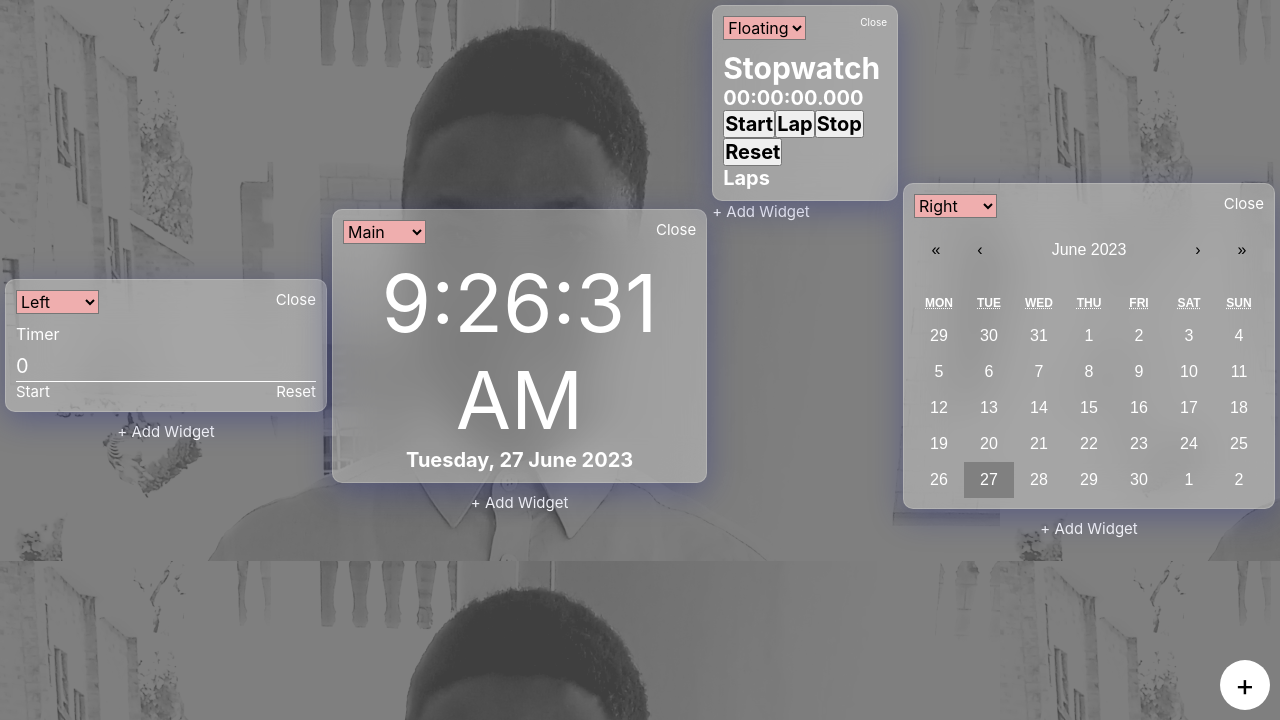
Repository: Angera-Silas/Planner-app
Page: /
The author's editor kept a copy of each file at every save. The page is drawn from the files as they stood at one save, then again after the next save.
The browser window is 1280 px wide. The pictures show the whole page.
The project was rebuilt for these pictures with package versions that can differ from the ones it lists, and the page was loaded fresh each time. Also part of the build but not shown: src/widgets/ReminderListWidget.js, src/modals/WidgetGalleryModal.js.

Above is the page before, as saved 2023-06-27 18:12:08.

### src/index.css
body {
  margin: 0;
  font-family: -apple-system, BlinkMacSystemFont, 'Segoe UI', 'Roboto', 'Oxygen',
    'Ubuntu', 'Cantarell', 'Fira Sans', 'Droid Sans', 'Helvetica Neue',
    sans-serif;
  -webkit-font-smoothing: antialiased;
  -moz-osx-font-smoothing: grayscale;
}

code {
  font-family: source-code-pro, Menlo, Monaco, Consolas, 'Courier New',
    monospace;
}
*,
*::before,
*::after {
 box-sizing: border-box;
}

img,
svg,
video,
canvas,
audio,
iframe,
embed,
object {
 display: block;
 max-width: 100%;
}

input,
button,
textarea,
select {
 font: inherit;
 color: black;
}

* {
 margin: 0;
 padding: 0;
 box-sizing: border-box;
 font: inherit;
 color: white;
}

/* width */
::-webkit-scrollbar {
 width: 10px;
}

/* Track */
::-webkit-scrollbar-track {
 background: #363636;
}

/* Handle */
::-webkit-scrollbar-thumb {
 background: #777;
}

/* Handle on hover */
::-webkit-scrollbar-thumb:hover {
 background: #1e1e1e;
}

### src/App.js
import React, { useState } from 'react';
import './App.css';
import ClockWidget from './widgets/ClockWidget';
import WidgetGalleryModal from './modals/WidgetGalleryModal';
import Draggable from 'react-draggable';
import TimerWidget from './widgets/TimerWidget';
import CalendarWidget from './widgets/CalendarWidget';
import MyCustomWidget from './widgets/MyCustomWidget';

function App() {
 const [widgets, setWidgets] = useState([
  { id: new Date().getTime(), component: <ClockWidget />, area: 'main-widget', name: "Date and Time" },
  { id: new Date().getTime() + 2, component: <CalendarWidget />, area: 'right-widget', name: "Calendar" },
  { id: new Date().getTime() + 1, component: <TimerWidget />, area: 'left-widget', name:"Timer" },
  { id: new Date().getTime(), component: <MyCustomWidget/>,area:'center-widget',name:"Stopwatch"},
 ])
 const [showWidgetModal, setShowWidgetModal] = useState(false)
 const [selectedWidgetArea, setSelectedWidgetArea] = useState('')

 const removeWidget = (index) => {
  try {
   setWidgets(widgets.filter(widget => widget.id !== index))
  } catch (error) {
   console.log(error)
  }
 }

 return (
  <>
   {showWidgetModal && <WidgetGalleryModal setShowWidgetModal={setShowWidgetModal} selectedWidgetArea={selectedWidgetArea} widgets={widgets} setWidgets={setWidgets} />}
   <div className="add-button"
    onClick={() => {
     console.log('add button clicked')
     setShowWidgetModal(true)
     setSelectedWidgetArea('none-widget')
    }}
   >
    <p
     className='add-widget-button'
     style={{ background: "none", border: "none", color: "black", fontSize: "30px", cursor: "pointer", backgroundColor: "white", borderRadius: "50%", width: "50px", display: "flex", justifyContent: "center", alignItems: "center", height: "50px", position: "fixed", bottom: "10px", right: "10px" }}
    >+</p>
   </div>
   <div className='none-widget' >
    {widgets.length > 0 && widgets.map((widget, index) => {
     if (widget.area === 'none-widget') {
      return (
       <Draggable>
            <div style={{ padding: 10,}} className='widget-container' >
             <div style={{ marginBottom: 10 }}>
              <select value={widget.area}
               onChange={(e) => {
                let widgetList = [...widgets]
                widgetList[index].area = e.target.value
                setWidgets(widgetList)
               }}
              >
               <option value="none-widget">Floating</option>
               <option value="left-widget">Left</option>
               <option value="main-widget">Main</option>
               <option value="right-widget">Right</option>
              </select>
              <button
               onClick={() => {
                removeWidget(widget.id)
               }}
               style={{ background: "none", border: "none", color: "white", fontSize: "15px", cursor: "pointer", float: "right" }}
              >Close</button>
             </div>
             {widget.component}
            </div>
       </Draggable>
      )
     }
    })}
   </div>
   <div className="App">
    <div className="container">
     <div className='left-widget'>
      {widgets.length > 0 && widgets.map((widget, index) => {
       if (widget.area === 'left-widget') {
        return (
         <div style={{ padding: 10,}} className='widget-container'>
          <div style={{ marginBottom: 10 }}>
           <select value={widget.area}
            onChange={(e) => {
             let widgetList = [...widgets]
             widgetList[index].area = e.target.value
             setWidgets(widgetList)
            }}
           >
            <option value="none-widget">Floating</option>
            <option value="left-widget">Left</option>
            <option value="main-widget">Main</option>
            <option value="right-widget">Right</option>
           </select>
           <button
            onClick={() => {
             removeWidget(widget.id)
            }}
            style={{ background: "none", border: "none", color: "white", fontSize: "15px", cursor: "pointer", float: "right" }}
           >Close</button>
          </div>
          {widget.component}
         </div>
        )
       }
      })}
      {widgets.filter(widget => widget.area === 'left-widget').length < 3 && widgets.filter(widget => widget.area === 'left-widget').length > 0 &&
       <button
        className='add-widget-button'
        onClick={() => {
         setShowWidgetModal(true)
         setSelectedWidgetArea('left-widget')
        }}>+ Add Widget</button>
      }
     </div>
     <div className='main-widget'>
      {widgets.length > 0 && widgets.map((widget, index) => {
       if (widget.area === 'main-widget') {
        return (
         <div style={{ padding: 10,}} className='widget-container' >
          <div style={{ marginBottom: 10 }}>
           <select value={widget.area}
            onChange={(e) => {
             let widgetList = [...widgets]
             widgetList[index].area = e.target.value
             setWidgets(widgetList)
            }}
           >
            <option value="none-widget">Floating</option>
            <option value="left-widget">Left</option>
            <option value="main-widget">Main</option>
            <option value="right-widget">Right</option>
           </select>
           <button
            onClick={() => {
             removeWidget(widget.id)
            }}
            style={{ background: "none", border: "none", color: "white", fontSize: "15px", cursor: "pointer", float: "right" }}
           >Close</button>
          </div>
          {widget.component}
         </div>
        )
       }
      })}
      {widgets.filter(widget => widget.area === 'main-widget').length < 2 &&
       <button
        className='add-widget-button'
        onClick={() => {
         setShowWidgetModal(true)
         setSelectedWidgetArea('main-widget')
        }}>+ Add Widget</button>
      }
     </div>
     <div className='center-widget'>
      {widgets.length > 0 && widgets.map((widget, index) => {
       if (widget.area === 'center-widget') {
        return (
         <div style={{ padding: 10,}} className='widget-container' >
          <div style={{ marginBottom: 10 }}>
           <select value={widget.area}
            onChange={(e) => {
             let widgetList = [...widgets]
             widgetList[index].area = e.target.value
             setWidgets(widgetList)
            }}
           >
            <option value="none-widget">Floating</option>
            <option value="left-widget">Left</option>
            <option value="main-widget">Main</option>
            <option value="right-widget">Right</option>
           </select>
           <button
            onClick={() => {
             removeWidget(widget.id)
            }}
            style={{ background: "none", border: "none", color: "white", fontSize: "10px", cursor: "pointer", float: "right" }}
           >Close</button>
          </div>
          {widget.component}
         </div>
        )
       }
      })}
      {widgets.filter(widget => widget.area === 'center-widget').length < 2 &&
       <button
        className='add-widget-button'
        onClick={() => {
         setShowWidgetModal(true)
         setSelectedWidgetArea('center-widget')
        }}>+ Add Widget</button>
      }
     </div>
     <div className='right-widget'>
      {widgets.length > 0 && widgets.map((widget, index) => {
       if (widget.area === 'right-widget') {
        return (
         <div style={{ padding: 10,}} className='widget-container'>
          <div style={{ marginBottom: 10 }}>
           <select value={widget.area}
            onChange={(e) => {
             let widgetList = [...widgets]
             widgetList[index].area = e.target.value
             setWidgets(widgetList)
            }}
           >
            <option value="none-widget">Floating</option>
            <option value="left-widget">Left</option>
            <option value="main-widget">Main</option>
            <option value="right-widget">Right</option>
           </select>
           <button
            onClick={() => {
             removeWidget(widget.id)
            }}
            style={{ background: "none", border: "none", color: "white", fontSize: "15px", cursor: "pointer", float: "right" }}
           >Close</button>
          </div>
          {widget.component}
         </div>
        )
       }
      })}
      {widgets.filter(widget => widget.area === 'right-widget').length < 3 && widgets.filter(widget => widget.area === 'right-widget').length > 0 &&
       <button
        className='add-widget-button'
        onClick={() => {
         setShowWidgetModal(true)
         setSelectedWidgetArea('right-widget')
        }}>+ Add Widget</button>
      }
     </div>
    </div>
   </div>
  </>
 )
}

export default App;

### src/App.css
.App {
  background: url("background.jpg");
  height: 100vh;
  display: flex;
  justify-content: flex-start;
  align-items: center;
  width: 100%;

}

.container {
  display: flex;
  flex-direction: row;
  align-items: flex-start;
  justify-content: space-between;
  gap: 5px;
  width: 100vw;
  padding: 5px;
  max-height: 100vh;
  height: 100%;

}

.item {
  background-color: rgba(255, 255, 255, 0.8);
  border: 1px solid rgba(0, 0, 0);
  padding: 20px;
  font-size: 30px;
  text-align: center;
}

.time {
  font-size: 80px;
  color: white;
  text-align: center;
}

.date {
  font-size: 20px;
  color: white;
  text-align: center;
  font-weight: bold;
}

.add-widget-button {
  background-color: transparent;
  color: white;
  border: none;
  font-size: 15px;
  text-align: center;
  cursor: pointer;
}

.add-widget-button:hover {
  color: #1e1e1e;
}

.right-widget,
.left-widget,
.main-widget {
  display: flex;
  justify-content: center;
  align-items: center;
  flex-direction: column;
  gap: 10px;
  height: 100%;
  max-width: 500px;
}

.none-widget {
  position: fixed;
  /* height: 100vh;
  width: 100vw; */
  top: 0px;
  left: 0px;
}

select {
 background-color: #efaeae;
}

/* Modal */
.modal {
  position: fixed;
  z-index: 1;
  padding-top: 100px;
  left: 0;
  top: 0;
  width: 100vw;
  height: 100vh;
  overflow: auto;
  background-color: rgb(0, 0, 0, 0.4);
}

.modal-content {
  background-color: #183A37;
  margin: auto;
  padding: 20px;
  width: 50%;
  max-height: 50vh;
  overflow: scroll;
}

.modal-header {
  display: flex;
  justify-content: space-between;
  align-items: flex-start;
}

.modal-header h2 {
  color: white;
  font-weight: bold;
  font-size: 25px;
}

.row {
  display: flex;
  justify-content: space-between;
  align-items: center;
  gap: 10px;
}

.widget-gallery-item {
  color: black;
  border: 1px solid white;
  padding: 10px;
  margin-bottom: 10px;
}

.text-input {
  outline: none;
  border: none;
  border-bottom: 1px solid white;
  width: 100%;
  background-color: transparent;
  color: white;
  font-size: 20px;
  margin-top: 10px;
  padding-bottom: 3px;
}

.widget-container {
  background: rgba(255, 255, 255, 0.3);
  box-shadow: 0 8px 32px 0 rgba(31, 38, 135, 0.37);
  backdrop-filter: blur(20px);
  -webkit-backdrop-filter: blur(20px);
  border-radius: 10px;
  border: 1px solid rgba(255, 255, 255, 0.18);

}

.widget-gallery-item-name{
  font-size: 20px;
  font-weight: bold;
  margin-bottom: 10px;
}
.stopwatch {
 width: 100%;
 font-size: 20px;
 color: white;
 font-weight: bold;
}

### src/widgets/ClockWidget.js
import React, { useEffect, useState } from 'react'

export default function ClockWidget() {
  const [time, setTime] = useState(new Date().toLocaleTimeString())
  const [date, setDate] = useState(new Date())
  useEffect(() => {
    const interval = setInterval(() => {
      setTime(new Date().toLocaleTimeString())
      setDate(new Date())
    }, 1000)
    return () => clearInterval(interval)
  }, [])

  const tidyDate = (date) => {
    const dateArray = date
    const day = dateArray.getDay()
    const dateNumber = dateArray.getDate()
    const month = dateArray.getMonth() + 1
    const year = dateArray.getFullYear()

    const days = ['Sunday', 'Monday', 'Tuesday', 'Wednesday', 'Thursday', 'Friday', 'Saturday']
    const months = ['January', 'February', 'March', 'April', 'May', 'June', 'July', 'August', 'September', 'October', 'November', 'December']

    return `${days[day]}, ${dateNumber} ${months[month - 1]} ${year}`

  }

  return (
    <div>
      <p className='time'>{time}</p>
      <p className='date'>{tidyDate(date)}</p>
    </div>
  )
}

### src/widgets/TimerWidget.js
import React, { useEffect, useState } from 'react'

export default function TimerWidget() {
  const [timerListData, setTimerListData] = useState({
    time: 0,
    isRunning: false,
  })

  const tidyTime = (time) => {
    let hours = Math.floor(time / 3600)
    let minutes = Math.floor((time - (hours * 3600)) / 60)
    let seconds = time - (hours * 3600) - (minutes * 60)

    if (hours < 10) { hours = "0" + hours }
    if (minutes < 10) { minutes = "0" + minutes }
    if (seconds < 10) { seconds = "0" + seconds }

    return hours + ':' + minutes + ':' + seconds
  }

  useEffect(() => {
    // timer logic
    let interval = null
    if (timerListData.isRunning && timerListData.time > 0) {
      interval = setInterval(() => {
        setTimerListData({
          ...timerListData,
          time: parseInt(timerListData.time) - 1,
        })
      }, 1000)
    } else if (!timerListData.isRunning && timerListData.time !== 0) {
      setTimerListData({
        ...timerListData,
        isRunning: false,
      })
      clearInterval(interval)
    } else if (timerListData.isRunning && timerListData.time === 0) {
      setTimerListData({
        ...timerListData,
        isRunning: false,
      })
      clearInterval(interval)
      alert('Timer is up!')
    }

      return () => clearInterval(interval)
  }, [timerListData.isRunning, timerListData.time])

  return (
    <div style={{ minWidth: 300 }}>
      <div style={{ display: "flex", justifyContent: "space-between", alignItems: "row" }}>
        <p>Timer</p>
      </div>
      <div className='timer-container'>
        <div className='timer-display'>
          {timerListData.isRunning ?
            <p style={{ textAlign: "center", fontWeight: "bold", fontSize: 20 }}>{tidyTime(timerListData.time)}</p>
            :
            <input type="text" className='text-input' value={timerListData.time} onChange={(e) => {
              setTimerListData({
                ...timerListData,
                time: e.target.value,
              })
            }} />
          }
        </div>
        <div className='timer-controls' style={{ display: "flex", justifyContent: "space-between", alignItems: "center", }}>
          <button
            style={{
              background: "none",
              border: "none",
              color: "white",
              fontSize: "15px",
              cursor: "pointer",
            }}
            onClick={() => {
              setTimerListData({
                ...timerListData,
                isRunning: !timerListData.isRunning,
              })
            }}
          >{timerListData.isRunning ? 'Stop' : 'Start'}</button>
          <button
            style={{
              background: "none",
              border: "none",
              color: "white",
              fontSize: "15px",
              cursor: "pointer",
            }}
            onClick={() => {
              setTimerListData({
                ...timerListData,
                time: 0,
              })
            }}
          >Reset</button>
        </div>
      </div>
    </div>
  )
}

### src/widgets/MyCustomWidget.js
import React, { useEffect, useState } from 'react';
import { BsStopwatch } from 'react-icons/bs'

export default function MyCustomWidget() {
   const [stopwatchData, setStopwatchData] = useState([
  { id: 0, name: "Timer 1", time: 0, isRunning: false, lap: [], time_started: 0, pause: [] },
 ])
 const [selectedRow, setSelectedRow] = useState(0)

 useEffect(() => {
  const interval = setInterval(() => {
   setStopwatchData(stopwatchData.map((stopwatch) => {
    if (stopwatch.isRunning) {
     return { ...stopwatch, time: new Date() - stopwatch.time_started - stopwatch.pause.reduce((a, b) => a + b, 0) }
    }
    return stopwatch
   }))
  }, 10)
  return () => clearInterval(interval)
 }, [stopwatchData])
 const handleStart = (id) => {
  setStopwatchData(stopwatchData.map((stopwatch) => {
   if (stopwatch.id === id) {
    return { ...stopwatch, isRunning: true, time_started: new Date() - stopwatch.time - stopwatch.pause.reduce((a, b) => a + b, 0) }
   }
   return stopwatch
  }))
 }

 const handleStop = (id) => {
  setStopwatchData(stopwatchData.map((stopwatch) => {
   if (stopwatch.id === id) {
    return { ...stopwatch, isRunning: false, pause: [...stopwatch.pause, new Date() - stopwatch.time_started - stopwatch.pause.reduce((a, b) => a + b, 0)] }
   }
   return stopwatch
  }))
 }

 const handleReset = (id) => {
  setStopwatchData(stopwatchData.map((stopwatch) => {
   if (stopwatch.id === id) {
    return { ...stopwatch, time: 0, isRunning: false, lap: [] }
   }
   return stopwatch
  }))
 }

 const handleLap = (id) => {
  setStopwatchData(stopwatchData.map((stopwatch) => {
   if (stopwatch.id === id) {
    return { ...stopwatch, lap: [...stopwatch.lap, stopwatch.time] }
   }
   return stopwatch
  }))
 }
  return (
    <div className='stopwatch'>
      <div style={{ display: "flex", alignItems: "center", flexDirection: "row", justifyContent: "space-between", width: "100%" }}>
      <div style={{ textAlign: "left" }}>
       <h1 style={{ fontWeight: "bold", fontSize: 30 }}>Stopwatch</h1>
      </div>
     </div>

     <p className='main-time-label'>{stopwatchData[selectedRow]?.time > 0 ? new Date(stopwatchData[selectedRow]?.time).toISOString().slice(11, -1) : "00:00:00.000"}</p>
     <div className="main-button-controls">
      <button className={"control-buttons"} onClick={() => handleStart(stopwatchData[selectedRow].id)}>Start</button>
      <button className={"control-buttons"} onClick={() => handleLap(stopwatchData[selectedRow].id)}>Lap</button>
      <button className={"control-buttons"} onClick={() => handleStop(stopwatchData[selectedRow].id)}>Stop</button>
      <button className={"control-buttons"} onClick={() => handleReset(stopwatchData[selectedRow].id)}>Reset</button>
     </div>
     <p className='lap-label'>Laps</p>
     <div className='lap-container'>
      {stopwatchData[selectedRow]?.lap.length > 0 && stopwatchData[selectedRow]?.lap.map((lap, index) => (
       <div style={{ display: "flex", justifyContent: "space-between", width: "500px" }}>
        <p>Lap {index + 1}</p>
        <p className='lap-time-label' key={index}>{new Date(lap).toISOString().slice(11, -1)}</p>
       </div>
      ))}
     </div>
    </div>
  )
}

### src/styles/styles.css
.react-calendar {
  width: 350px;
  max-width: 100%;
  background: transparent;
  font-family: Arial, Helvetica, sans-serif;
  line-height: 1.125em;
}

.react-calendar--doubleView {
  width: 700px;
}

.react-calendar--doubleView .react-calendar__viewContainer {
  display: flex;
  margin: -0.5em;
}

.react-calendar--doubleView .react-calendar__viewContainer > * {
  width: 50%;
  margin: 0.5em;
}

.react-calendar,
.react-calendar *,
.react-calendar *:before,
.react-calendar *:after {
  -moz-box-sizing: border-box;
  -webkit-box-sizing: border-box;
  box-sizing: border-box;
}

.react-calendar button {
  margin: 0;
  border: 0;
  outline: none;
}

.react-calendar button:enabled:hover {
  cursor: pointer;
}

.react-calendar__navigation {
  display: flex;
  height: 44px;
  margin-bottom: 1em;
}

.react-calendar__navigation button {
  min-width: 44px;
  background: none;
}

.react-calendar__navigation button:disabled {
  background-color: #f0f0f0;
}

.react-calendar__navigation button:enabled:hover,
.react-calendar__navigation button:enabled:focus {
  background-color: #e6e6e6;
}

.react-calendar__month-view__weekdays {
  text-align: center;
  text-transform: uppercase;
  font-weight: bold;
  font-size: 0.75em;
}

.react-calendar__month-view__weekdays__weekday {
  padding: 0.5em;
}

.react-calendar__month-view__weekNumbers .react-calendar__tile {
  display: flex;
  align-items: center;
  justify-content: center;
  font-size: 0.75em;
  font-weight: bold;
}

.react-calendar__month-view__days__day--weekend {
  color: #d10000;
}

.react-calendar__month-view__days__day--neighboringMonth {
  color: #757575;
}

.react-calendar__year-view .react-calendar__tile,
.react-calendar__decade-view .react-calendar__tile,
.react-calendar__century-view .react-calendar__tile {
  padding: 2em 0.5em;
}

.react-calendar__tile {
  max-width: 100%;
  padding: 10px 6.6667px;
  background: none;
  text-align: center;
  line-height: 16px;
}

.react-calendar__tile:disabled {
  background-color: #f0f0f0;
}

.react-calendar__tile:enabled:hover,
.react-calendar__tile:enabled:focus {
  background-color: #e6e6e6;
}

.react-calendar__tile--now {
  background: gray;
}

.react-calendar__tile--now:enabled:hover,
.react-calendar__tile--now:enabled:focus {
  background: gray;
}

.react-calendar__tile--hasActive {
  background: #76baff;
}

.react-calendar__tile--hasActive:enabled:hover,
.react-calendar__tile--hasActive:enabled:focus {
  background: #a9d4ff;
}

.react-calendar__tile--active {
  background: #006edc;
  color: white;
}

.react-calendar__tile--active:enabled:hover,
.react-calendar__tile--active:enabled:focus {
  background: #1087ff;
}

.react-calendar--selectRange .react-calendar__tile--hover {
  background-color: #e6e6e6;
}

Loaded but not shown: public/index.html (common file); src/index.js (common file); src/reportWebVitals.js (common file); src/widgets/CalendarWidget.js (common file)

After the next save:
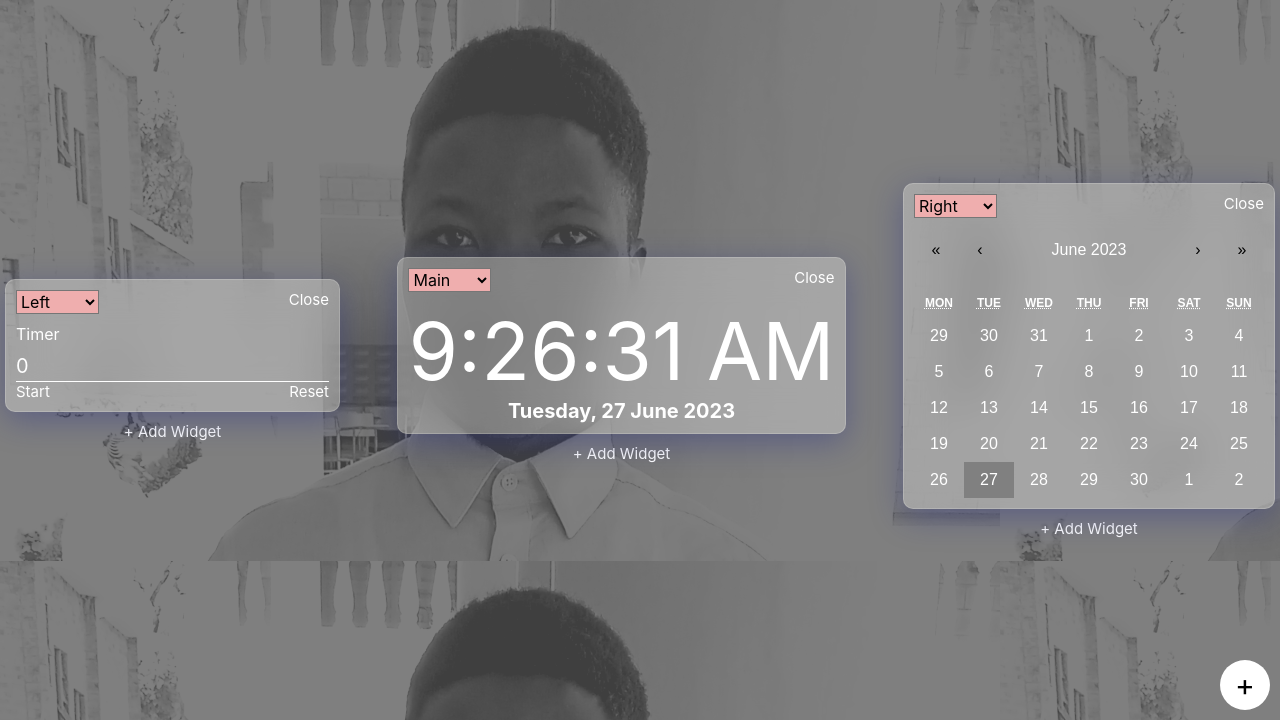
Saved 6 min 16 s later.
--- a/src/App.js
+++ b/src/App.js
@@ -153,45 +153,7 @@ function App() {
         }}>+ Add Widget</button>
       }
      </div>
-     <div className='center-widget'>
-      {widgets.length > 0 && widgets.map((widget, index) => {
-       if (widget.area === 'center-widget') {
-        return (
-         <div style={{ padding: 10,}} className='widget-container' >
-          <div style={{ marginBottom: 10 }}>
-           <select value={widget.area}
-            onChange={(e) => {
-             let widgetList = [...widgets]
-             widgetList[index].area = e.target.value
-             setWidgets(widgetList)
-            }}
-           >
-            <option value="none-widget">Floating</option>
-            <option value="left-widget">Left</option>
-            <option value="main-widget">Main</option>
-            <option value="right-widget">Right</option>
-           </select>
-           <button
-            onClick={() => {
-             removeWidget(widget.id)
-            }}
-            style={{ background: "none", border: "none", color: "white", fontSize: "10px", cursor: "pointer", float: "right" }}
-           >Close</button>
-          </div>
-          {widget.component}
-         </div>
-        )
-       }
-      })}
-      {widgets.filter(widget => widget.area === 'center-widget').length < 2 &&
-       <button
-        className='add-widget-button'
-        onClick={() => {
-         setShowWidgetModal(true)
-         setSelectedWidgetArea('center-widget')
-        }}>+ Add Widget</button>
-      }
-     </div>
+
      <div className='right-widget'>
       {widgets.length > 0 && widgets.map((widget, index) => {
        if (widget.area === 'right-widget') {
